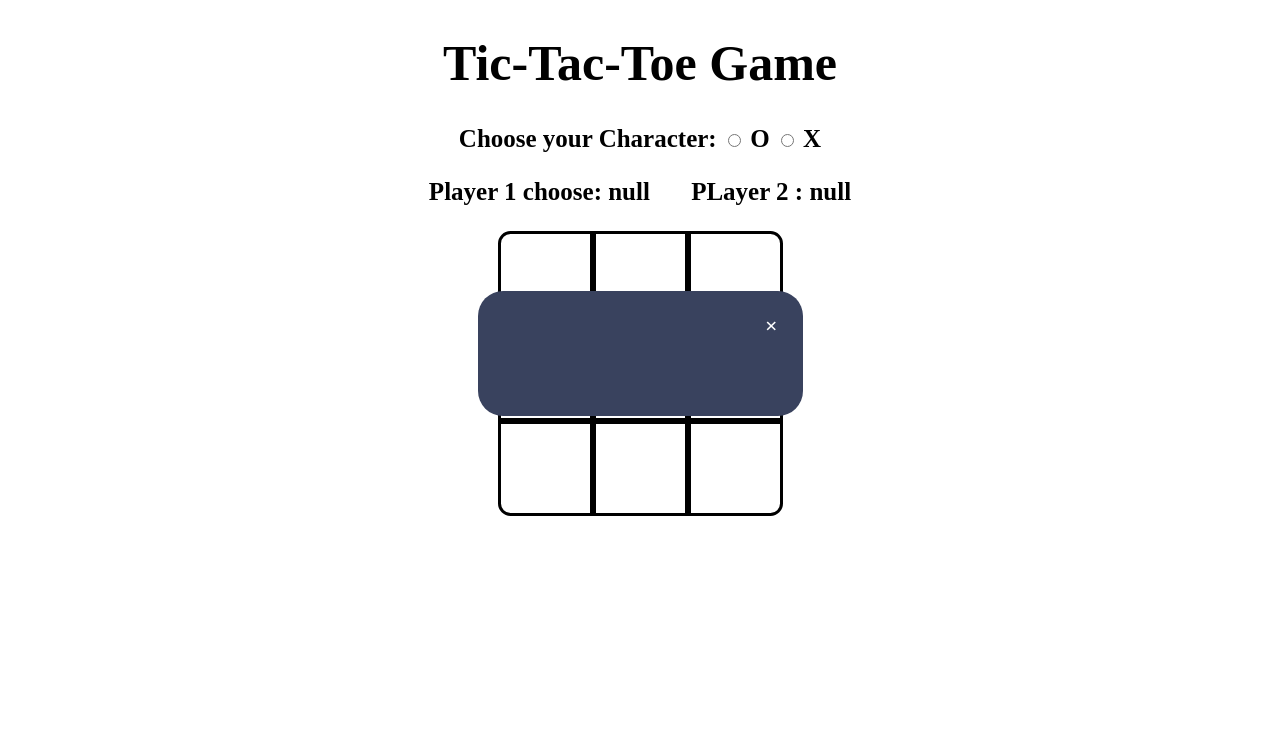
Repository: 0101chaitanya/Tic-Tac-Toe
Page: index.html
These files come from the project's save history. The page is drawn as it stood at one moment and after a run of saves; the edit follows.
The browser window is 1280 px wide. The pictures show the whole page.

Above is the page before, as saved 2021-06-12 12:16:01.

### index.html
<!DOCTYPE html>
<html>

<head>
    <meta charset="utf-8">
    <title>Tic-Tac-Toe Game</title>
    <meta name="viewport" content="width=device-width, initial-scale=1">

    <link rel="stylesheet" href="styles.css">
</head>

<body>
    <div id='block1'>
        <h1 id="heading">Tic-Tac-Toe Game</h1>
        <form>
            Choose your Character:
            <input value="O" name="radio" onclick="eventFun.setUser(this)" type="radio">
            <label for="O">O</label>
            <input value="X" name="radio" onclick="eventFun.setUser(this)" type="radio">
            <label for="X">X</label>

        </form>
        <div id="player">
            <span id='1'>Player 1 choose:</span>
            <span id='2'>PLayer 2 :</span>
        </div>
        <form id="gameSquare">
            <section id="row1">
                <div id="r1Column1"></div>
                <div id="rlColumn2"></div>
                <div id="rlColumn3"></div>
            </section>
            <section id="row2">
                <div id="r2Column1"></div>
                <div id="r2Column2"></div>
                <div id="r2Column3"></div>
            </section>
            <section id="row3">
                <div id="r3Column1"></div>
                <div id="r3Column2"></div>
                <div id="r3Column3"></div>
            </section>
        </form>
    </div>
    <div id="ResultBox">
        <span id="closebtn">&times;</span>
        <strong id="resultOut"></strong>
    </div>

</body>
<script type="text/javascript" src="script.js"></script>

</html>

### styles.css
:root {
    text-align: center;
    font-weight: bold;
}

* {
    box-sizing: border-box;
}

@media screen and (max-width: 400px) {
     :root {
        font-size: 14px;
    }
}

@media screen and (min-width: 401px) and (max-width: 700px) {
     :root {
        font-size: 18px;
    }
}

@media screen and (min-width: 701px) {
     :root {
        font-size: 25px;
    }
}

body {
    /* filter: saturate(180%) blur(20rem);
   filter:  blur(0);

    */
    backdrop-filter: blur(20rem);
}

#block1 {
    /*    filter: blur(0.5rem); */
}

label>input {
    color: red;
    border: 1px solid;
}

#player {
    display: block;
    margin: 1rem auto 1rem auto;
}

#player>span {
    margin: auto 0.7rem auto 0.7rem;
}

#gameSquare {
    width: min-content;
    height: min-content;
    display: block;
    margin: auto;
}

#gameSquare>section:nth-child(n) {
    /* border-style: solid;
     */
    width: min-content;
    height: min-content;
    display: flex;
    justify-content: center;
    align-items: center;
}

#gameSquare>section:nth-child(n)>div:nth-child(n) {
    display: block;
    margin: auto;
    width: 3.8rem;
    height: 3.8rem;
    border-style: solid;
    border-width: 0.15rem;
}

#gameSquare>section:nth-child(1)>div:nth-child(1) {
    border-top-left-radius: 0.5rem;
}

#gameSquare>section:nth-child(1)>div:nth-child(3) {
    border-top-right-radius: 0.5rem;
}

#gameSquare>section:nth-child(3)>div:nth-child(1) {
    border-bottom-left-radius: 0.5rem;
}

#gameSquare>section:nth-child(3)>div:nth-child(3) {
    border-bottom-right-radius: 0.5rem;
}

#ResultBox {
    height: 5rem;
    width: 13rem;
    display: hidden;
    margin-left: auto;
    margin-right: auto;
    margin-top: 3rem;
    position: relative;
    top: -12rem;
    border-color: rgb(162, 162, 192);
    background-color: rgb(57, 66, 94);
    color: white;
    opacity: 1;
    transition: opacity 0.6s;
    margin-bottom: 15px;
    border-radius: 1rem;
    padding: 1rem;
}

#resultOut {
    color: #be3c5c;
}

#closebtn {
    margin-left: 15px;
    color: white;
    font-weight: bold;
    float: right;
    font-size: 22px;
    line-height: 20px;
    cursor: pointer;
    transition: 0.3s;
}

#closebtn:hover {
    color: rgb(38, 170, 82);
}

### script.js
"use strict";
let eventFun = (function() {
    let user1Selection, user2Selection, runningCharacter;
    let runningNumber = 0,
        i, result;

    function setUser(given) {
        localStorage.setItem("user1Selection", given.value);
        document.querySelector(`form`).submit();
    }
    user1Selection = localStorage.getItem("user1Selection");
    user2Selection =
        user1Selection != null ? (user1Selection === "X" ? "O" : "X") : null;
    runningCharacter = user1Selection;
    document.getElementById('1').textContent += ` ` + user1Selection || ' ';
    document.getElementById('2').textContent += ` ` + user2Selection || ' ';

    let array = Array.from(
        document.getElementById("gameSquare").querySelectorAll("div")
    );

    function switchRunChar() {
        runningCharacter = runningCharacter === "O" ? "X" : "O";
        runningNumber = runningNumber === 0 ? 1 : 0;
    }

    function text(i) {
        return array[i].textContent;
    }
    let newArray = Array(array.length).fill();

    function arrayCreator(index, incrementer) {
        return [
            newArray[index],
            newArray[index + incrementer],
            newArray[index + 2 * incrementer],
        ];
    }
    let count = 0;

    let horizontalArray;
    let verticalArray;
    let diagonalArray;

    function parser(arrayInput) {
        let arr = arrayInput.map((item, index) => {
            let res = item.reduce((stack, item) => {
                stack += item;
                return stack;
            });
            return res;
        });
        return arr;
    }

    function send(input) {
        let block1 = document.getElementById('block1');
        block1.style.filter = 'blur(0.5rem)';
        document.getElementById('ResultBox').display = 'block';
        document.getElementById('resultOut').textContent = input;
        let close = document.getElementById('closebtn');
        close.onclick = function() {
            let div = this.parentElement;
            div.style.opacity = '0';
            setTimeout(function() {
                div.style.display = "none";
            }, 600);
        };

    }

    function check(input) {
        input.forEach((item) => {
            if (item === 3) {
                result = item;
                send("Player 2 won");
            } else if (item === 0) {
                result = item;
                send("Player 1 won");
            }
        });
    }

    function checkWin() {
        horizontalArray = [
            arrayCreator(0, 1),
            arrayCreator(3, 1),
            arrayCreator(6, 1),
        ];
        verticalArray = [
            arrayCreator(0, 3),
            arrayCreator(1, 3),
            arrayCreator(2, 3),
        ];
        diagonalArray = [arrayCreator(0, 4), arrayCreator(2, 2)];

        let horizontalParsed = parser(horizontalArray);
        let verticalParsed = parser(verticalArray);

        let diagonalParsed = parser(diagonalArray);
        check(horizontalParsed);
        check(verticalParsed);
        check(diagonalParsed);

        if (count == 8) {
            console.table(horizontalArray, verticalArray, diagonalArray);
            console.table({
                horizontalParsed: horizontalParsed,
                verticalParsed: verticalParsed,
                diagonalParsed: diagonalParsed,
            });
            console.table(newArray);
            if (result == undefined) {
                send("draw");
            }
        }
    }

    let setOutput = function(e, index) {
        e.target.textContent = runningCharacter;
        e.target.removeEventListener("click", (e) => setOutput(e));
        newArray.splice(index, 1, runningNumber);
        switchRunChar();
        checkWin();

        count++;
    };
    array.forEach((item, index) => {
        item.textContent = "";
        item.addEventListener("click", (e) => setOutput(e, index), { once: true });
    });
    return { result, array, setOutput, setUser, count };
})();

After the next 3 saves:
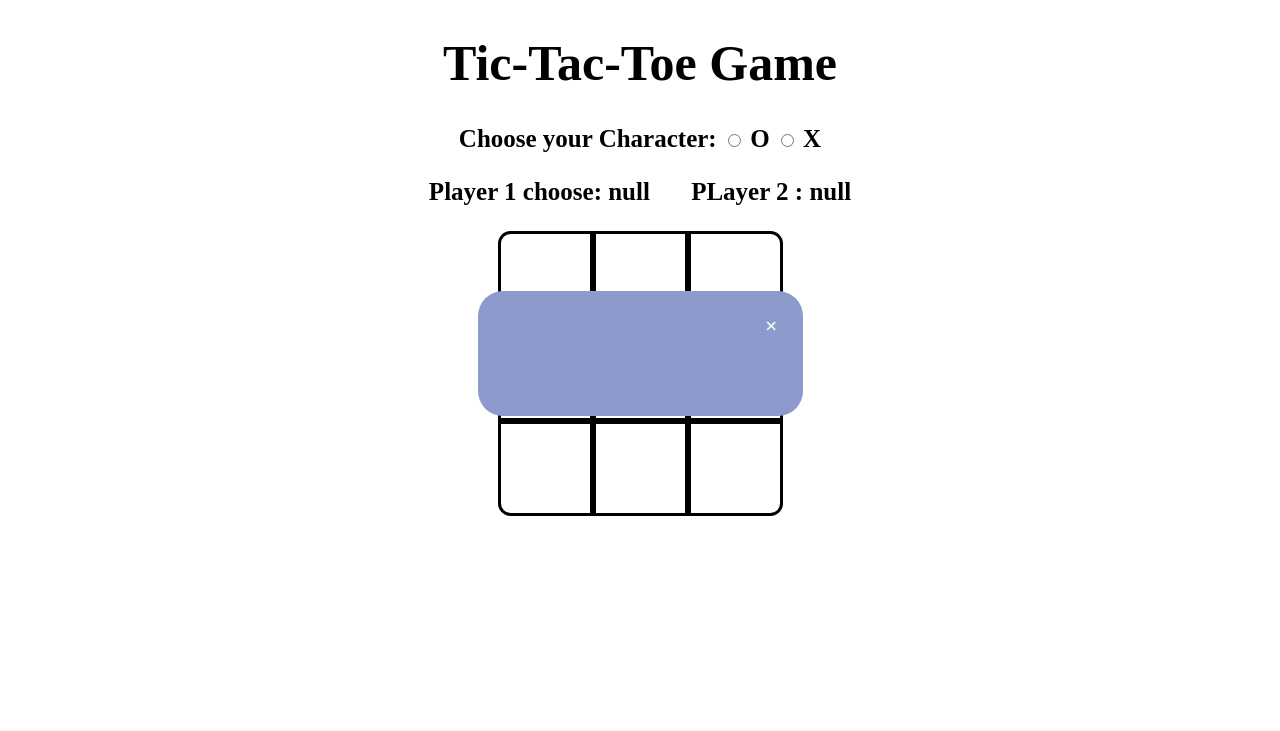
The 3 saves are shown as one change because they came seconds apart.
The last was saved 10 s later.
--- a/styles.css
+++ b/styles.css
@@ -103,7 +103,7 @@ label>input {
     position: relative;
     top: -12rem;
     border-color: rgb(162, 162, 192);
-    background-color: rgb(57, 66, 94);
+    background-color: rgb(140, 155, 204);
     color: white;
     opacity: 1;
     transition: opacity 0.6s;
@@ -113,7 +113,7 @@ label>input {
 }
 
 #resultOut {
-    color: #be3c5c;
+    color: #e2c4cc;
 }
 
 #closebtn {
